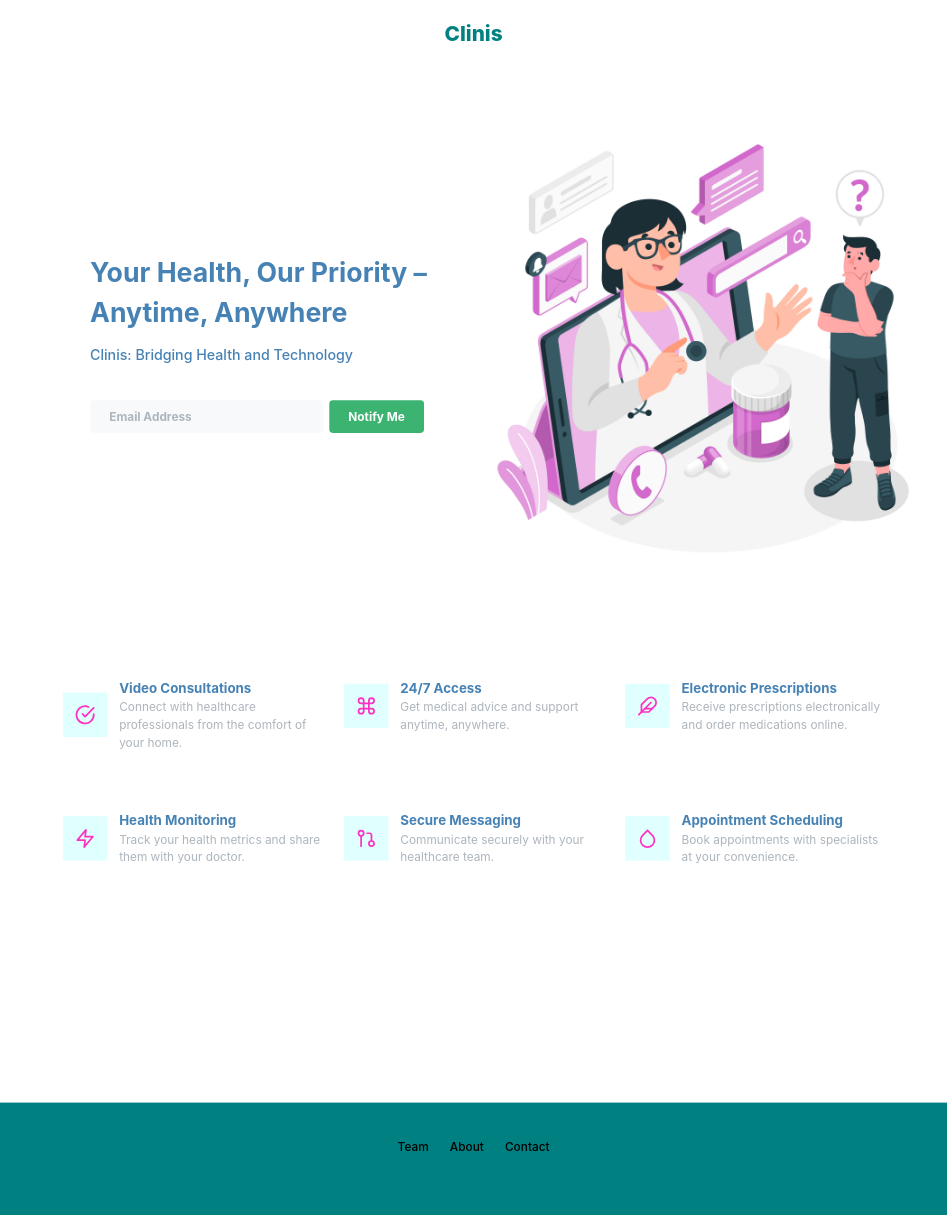
Repository: Rupak09/demo1
Page: index.html
An editor plug-in stored every save of this project. The page is shown before and after the next save, followed by the edit.
The browser window is 1280 px wide. The pictures show the whole page, at 74% of full size.
Some web fonts or font styles are not loaded; a fallback is used. Some web libraries are served in a nearby version.

Above is the page before, as saved 2024-12-28 14:22:10.

### index.html
<!doctype html>
<html lang="en">
<head>
    <!-- Required meta tags -->
    <meta charset="utf-8">
    <meta name="viewport" content="width=device-width, initial-scale=1, shrink-to-fit=no">
    <title>Clinis</title>
    <meta name="description" content="Clinis - People's most recommended telemedicine app."/>

    <!-- Google font -->
    <link href="https://fonts.googleapis.com/css?family=K2D:300,400,500,700,800" rel="stylesheet">

    <!-- Bootstrap CSS / Color Scheme -->
    <link rel="stylesheet" href="css/bootstrap.css">
    <style>
        body {
            background-color: #ffffff; /* Alice Blue */
            color: #2f4f4f; /* Dark Slate Gray */
        }
        .heading-brand {
            color: #008080; /* Teal */
        }
        h1, .lead, .title {
            color: #4682b4; /* Steel Blue */
        }
        .btn-primary {
            background-color: #3cb371; /* Medium Sea Green */
            border-color: #3cb371;
        }
        .btn-primary:hover {
            background-color: #2e8b57; /* Sea Green */
            border-color: #2e8b57;
        }
        .icon-box-inner {
            background-color: #e0ffff; /* Light Cyan */
        }
        .icon-box-inner span {
            color: #20b2aa; /* Light Sea Green */
        }
        footer {
            background-color: #008080; /* Teal */
            color: #ffffff; /* White */
        }
        a {
            color: #008b8b; /* Dark Cyan */
        }
        a:hover {
            color: #20b2aa; /* Light Sea Green */
        }
    </style>
</head>
<body>

<!-- Header Section -->
<section class="pt-4 pb-5">
    <div class="container-fluid">
        <div class="row">
            <div class="col-12 text-center">
                <div class="heading-brand">Clinis</div>
            </div>
        </div>
        <div class="row mt-6">
            <div class="col-md-5 ml-md-auto my-md-auto order-2 order-md-1">
                <h1>Your Health, Our Priority – Anytime, Anywhere</h1>
                <p class="lead mb-5">
                    Clinis: Bridging Health and Technology
                </p>
                <form class="form-inline">
                    <div class="form-group mr-2 mb-2">
                        <label for="email" class="sr-only">Email</label>
                        <input type="email" class="form-control" id="email" placeholder="Email Address">
                    </div>
                    <button type="submit" class="btn btn-primary mb-2">Notify Me</button>
                </form>
            </div>
            <div class="col-md-6 my-md-auto pb-5 pb-md-0 order-1 order-md-2">
                <img alt="Mockup" class="img-fluid d-block mx-auto" src="img/mockup.jpg"/>
            </div>
        </div>
    </div>
</section>

<!-- Features Section -->
<section class="py-5">
    <div class="container">
        <div class="row feature-grid">
            <div class="col-md-4 col-sm-6">
                <div class="media">
                    <div class="icon-box">
                        <div class="icon-box-inner">
                            <span data-feather="check-circle" width="28" height="28"></span>
                        </div>
                    </div>
                    <div class="media-body">
                        <div class="title">Video Consultations</div>
                        <div class="sub-title">Connect with healthcare professionals from the comfort of your home.</div>
                    </div>
                </div>
            </div>
            <div class="col-md-4 col-sm-6">
                <div class="media">
                    <div class="icon-box">
                        <div class="icon-box-inner">
                            <span data-feather="command" width="28" height="28"></span>
                        </div>
                    </div>
                    <div class="media-body">
                        <div class="title">24/7 Access</div>
                        <div class="sub-title">Get medical advice and support anytime, anywhere.</div>
                    </div>
                </div>
            </div>
            <div class="col-md-4 col-sm-6">
                <div class="media">
                    <div class="icon-box">
                        <div class="icon-box-inner">
                            <span data-feather="feather" width="28" height="28"></span>
                        </div>
                    </div>
                    <div class="media-body">
                        <div class="title">Electronic Prescriptions</div>
                        <div class="sub-title">Receive prescriptions electronically and order medications online.</div>
                    </div>
                </div>
            </div>
            <div class="col-md-4 col-sm-6">
                <div class="media">
                    <div class="icon-box">
                        <div class="icon-box-inner">
                            <span data-feather="zap" width="28" height="28"></span>
                        </div>
                    </div>
                    <div class="media-body">
                        <div class="title">Health Monitoring</div>
                        <div class="sub-title">Track your health metrics and share them with your doctor.</div>
                    </div>
                </div>
            </div>
            <div class="col-md-4 col-sm-6">
                <div class="media">
                    <div class="icon-box">
                        <div class="icon-box-inner">
                            <span data-feather="git-pull-request" width="28" height="28"></span>
                        </div>
                    </div>
                    <div class="media-body">
                        <div class="title">Secure Messaging</div>
                        <div class="sub-title">Communicate securely with your healthcare team.</div>
                    </div>
                </div>
            </div>
            <div class="col-md-4 col-sm-6">
                <div class="media">
                    <div class="icon-box">
                        <div class="icon-box-inner">
                            <span data-feather="droplet" width="28" height="28"></span>
                        </div>
                    </div>
                    <div class="media-body">
                        <div class="title">Appointment Scheduling</div>
                        <div class="sub-title">Book appointments with specialists at your convenience.</div>
                    </div>
                </div>
            </div>
        </div>
    </div>
</section>

<!-- Used By Section -->
<section class="pt-5 pb-7">
    <div class="container">
        <div class="row">
            <!-- <div class="col-md-8 mx-auto text-center">
                <h2>Trusted by Thousands of Users</h2>
                <p class="lead text-muted">Clinis is used by individuals and families for all their telemedicine needs.</p>
                <div class="mt-5 d-flex flex-row justify-content-md-between flex-wrap press-icons">
                    <img src="https://logo.clearbit.com/google.com?size=60" alt=""/>
                    </div> -->
            </div>
        </div>
    </div>
</section>

<!-- Footer -->
<footer class="py-5">
    <div class="container">
        <div class="row">
            <div class="col-12 text-center">
                <ul class="list-inline">
                    <li class="list-inline-item"><a href="#">Team</a></li>
                    <li class="list-inline-item"><a href="#">About</a></li>
                    <li class="list-inline-item"><a href="#">Contact</a></li>
                </ul>
            </div>
        </div>
        <div class="row my-2">

        </div>
    </div>
</footer>

<!-- jQuery first, then Popper.js, then Bootstrap JS -->
<script src="https://code.jquery.com/jquery-3.2.1.min.js"></script>
<script src="https://cdnjs.cloudflare.com/ajax/libs/feather-icons/4.7.3/feather.min.js"></script>
<script src="js/scripts.js"></script>
</body>
</html>

Loaded but not shown: css/bootstrap.css (library); js/scripts.js (common file)

After the next save:
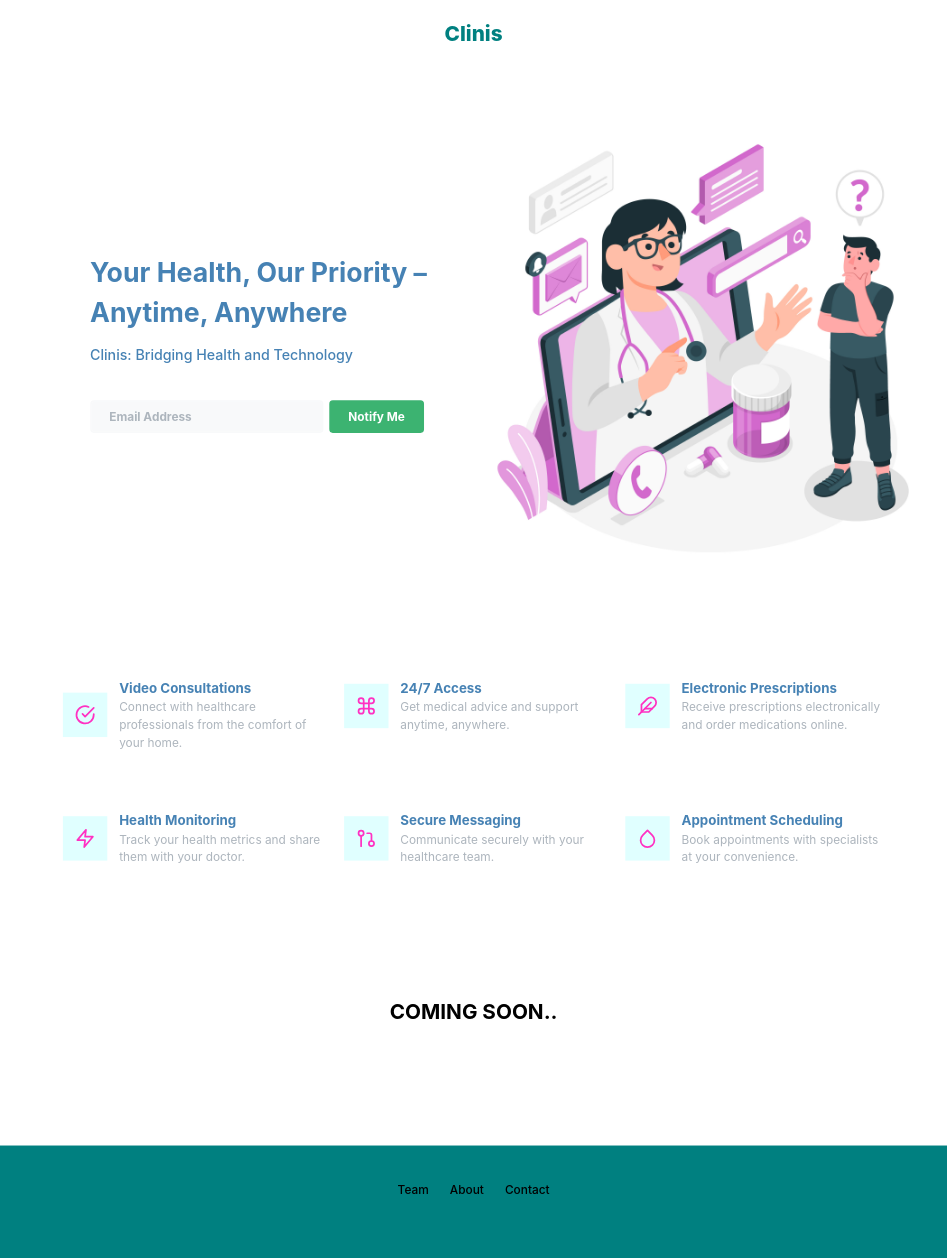
Saved 58 s later.
--- a/index.html
+++ b/index.html
@@ -170,12 +170,12 @@
 <section class="pt-5 pb-7">
     <div class="container">
         <div class="row">
-            <!-- <div class="col-md-8 mx-auto text-center">
-                <h2>Trusted by Thousands of Users</h2>
-                <p class="lead text-muted">Clinis is used by individuals and families for all their telemedicine needs.</p>
+            <div class="col-md-8 mx-auto text-center">
+                <h2>COMING SOON..</h2>
+                <!-- <p class="lead text-muted">Clinis is used by individuals and families for all their telemedicine needs.</p>
                 <div class="mt-5 d-flex flex-row justify-content-md-between flex-wrap press-icons">
                     <img src="https://logo.clearbit.com/google.com?size=60" alt=""/>
-                    </div> -->
+                   -->  </div>
             </div>
         </div>
     </div>
